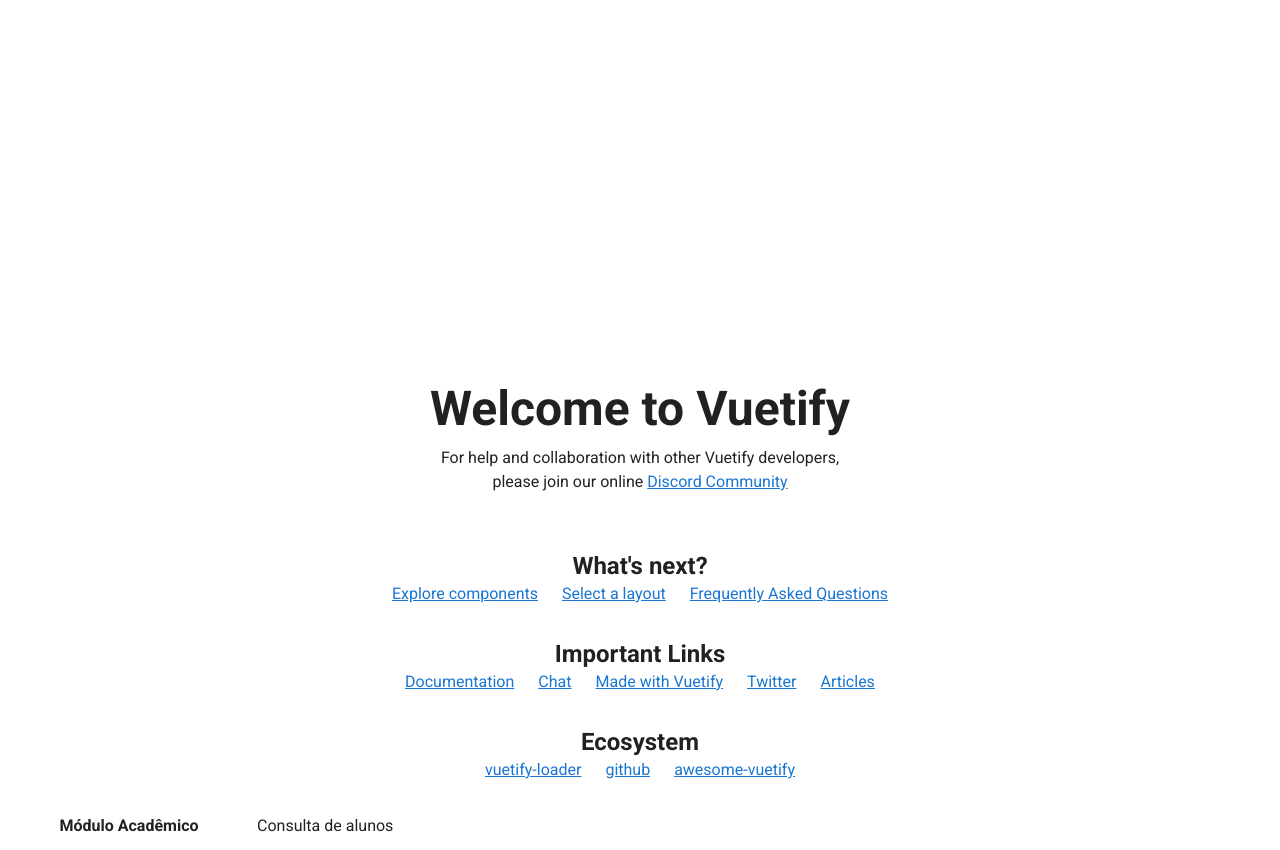
Repository: sergiohidekiono/vue-student
Page: /
These files come from the project's save history. The page is drawn as it stood at one moment and after the next save; the edit follows.
The browser window is 1280 px wide. The pictures show the whole page.
The project was rebuilt for these pictures with package versions that can differ from the ones it lists, and the page was loaded fresh each time. Also part of the build but not shown: vue.config.js.

Above is the page before, as saved 2024-08-07 09:11:18.

### src/App.vue
<template>
  <v-app>
    <div class="d-flex align-start">
      <v-img :src="require('./assets/logo.png')" class="my-3" contain height="100"/>
    </div>

    <v-main>
      <HelloWorld />
      <StudentList />
    </v-main>

  </v-app>
</template>

<script>
import HelloWorld from './components/HelloWorld';
import StudentList from './components/student-list';

export default {
  name: 'App',

  components: {
    HelloWorld,
    StudentList,
  },

  data: () => ({
    //
  }),
};
</script>

### src/components/HelloWorld.vue
<template>
  <v-container>
    <v-row class="text-center">
      <v-col cols="12">
        <v-img :src="require('../assets/logo.png')" class="my-3" contain height="200" />
      </v-col>

      <v-col class="mb-4">
        <h1 class="display-2 font-weight-bold mb-3">
          Welcome to Vuetify
        </h1>

        <p class="subheading font-weight-regular">
          For help and collaboration with other Vuetify developers,
          <br>please join our online
          <a href="https://community.vuetifyjs.com" target="_blank">Discord Community</a>
        </p>
      </v-col>

      <v-col class="mb-5" cols="12">
        <h2 class="headline font-weight-bold mb-3">
          What's next?
        </h2>

        <v-row justify="center">
          <a v-for="(next, i) in whatsNext" :key="i" :href="next.href" class="subheading mx-3" target="_blank">
            {{ next.text }}
          </a>
        </v-row>
      </v-col>

      <v-col class="mb-5" cols="12">
        <h2 class="headline font-weight-bold mb-3">
          Important Links
        </h2>

        <v-row justify="center">
          <a v-for="(link, i) in importantLinks" :key="i" :href="link.href" class="subheading mx-3" target="_blank">
            {{ link.text }}
          </a>
        </v-row>
      </v-col>

      <v-col class="mb-5" cols="12">
        <h2 class="headline font-weight-bold mb-3">
          Ecosystem
        </h2>

        <v-row justify="center">
          <a v-for="(eco, i) in ecosystem" :key="i" :href="eco.href" class="subheading mx-3" target="_blank">
            {{ eco.text }}
          </a>
        </v-row>
      </v-col>
    </v-row>
  </v-container>
</template>

<script>
export default {
  name: 'HelloWorld',

  data: () => ({
    ecosystem: [
      {
        text: 'vuetify-loader',
        href: 'https://github.com/vuetifyjs/vuetify-loader',
      },
      {
        text: 'github',
        href: 'https://github.com/vuetifyjs/vuetify',
      },
      {
        text: 'awesome-vuetify',
        href: 'https://github.com/vuetifyjs/awesome-vuetify',
      },
    ],
    importantLinks: [
      {
        text: 'Documentation',
        href: 'https://vuetifyjs.com',
      },
      {
        text: 'Chat',
        href: 'https://community.vuetifyjs.com',
      },
      {
        text: 'Made with Vuetify',
        href: 'https://madewithvuejs.com/vuetify',
      },
      {
        text: 'Twitter',
        href: 'https://twitter.com/vuetifyjs',
      },
      {
        text: 'Articles',
        href: 'https://medium.com/vuetify',
      },
    ],
    whatsNext: [
      {
        text: 'Explore components',
        href: 'https://vuetifyjs.com/components/api-explorer',
      },
      {
        text: 'Select a layout',
        href: 'https://vuetifyjs.com/getting-started/pre-made-layouts',
      },
      {
        text: 'Frequently Asked Questions',
        href: 'https://vuetifyjs.com/getting-started/frequently-asked-questions',
      },
    ],
  }),
}
</script>

### src/components/student-list.vue
<template>
    <v-container>
        <v-row>
            <v-col cols="2" class="font-weight-bold">
                Módulo Acadêmico
            </v-col>
            <v-col cols="10">
                Consulta de alunos
            </v-col>
        </v-row>
    </v-container>
</template>
<script>
</script>

Loaded but not shown: public/index.html (common file); src/main.js (common file); src/plugins/vuetify.js (common file)

After the next save:
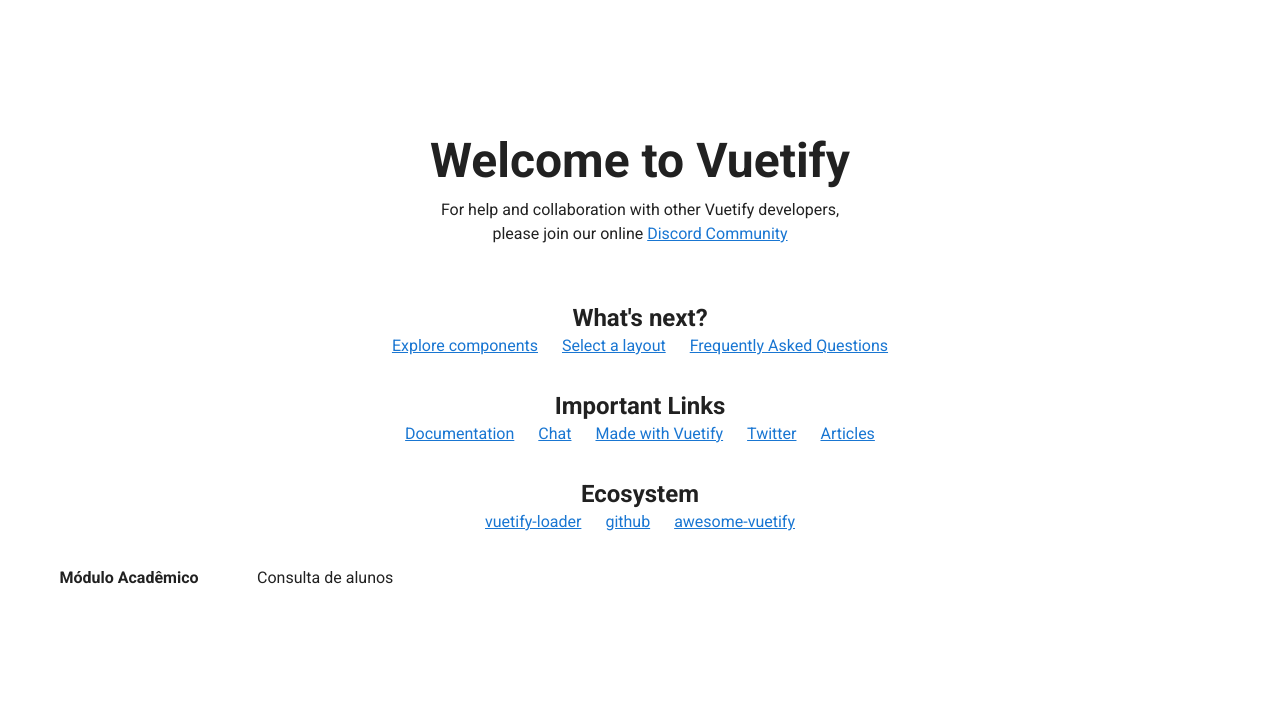
Saved 15 s later.
--- a/src/components/HelloWorld.vue
+++ b/src/components/HelloWorld.vue
@@ -1,9 +1,7 @@
 <template>
   <v-container>
     <v-row class="text-center">
-      <v-col cols="12">
-        <v-img :src="require('../assets/logo.png')" class="my-3" contain height="200" />
-      </v-col>
+
 
       <v-col class="mb-4">
         <h1 class="display-2 font-weight-bold mb-3">
